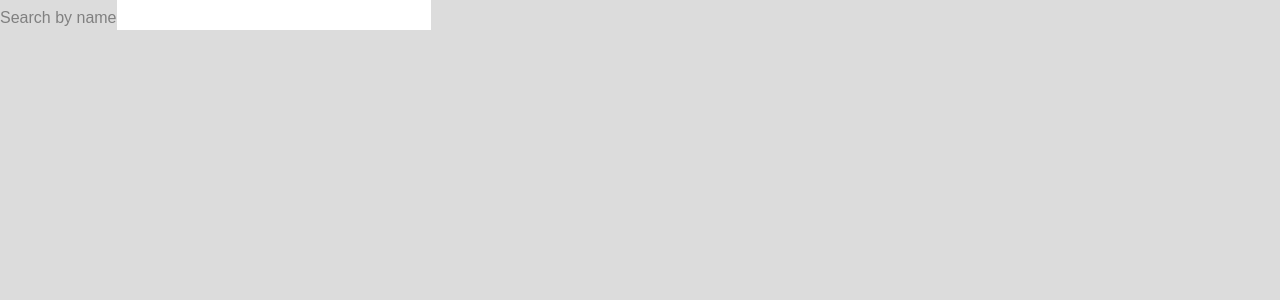
Repository: randysteele/randy-steele-hatchways-assessment-frontend
Page: /
These files come from the project's save history. The page is drawn as it stood at one moment and after the next save; the edit follows.
The browser window is 1280 px wide. The pictures show the whole page.
The page's requests for data from a server got no answer. The project was rebuilt for these pictures with package versions that can differ from the ones it lists, and the page was loaded fresh each time. No one was signed in, and anything a server would have sent is missing. Also part of the build but not shown: src/components/Student.js.

Above is the page before, as saved 2020-11-29 10:54:34.

### src/App.js
import './App.css';
import StudentList from './StudentList';


// componentDidMount = () => {
//   axios.get(`https://api.hatchways.io/assessment/students/`)
//     .then(res =>  {
//       const students = res.data.students;
//       this.setState({students});
//     })
//   }


function App() {
  return (
    <div className="App">
    <StudentList />
    </div>
  );
}

export default App;

### src/App.css
article,aside,details,figcaption,figure,footer,header,hgroup,nav,section,summary{display:block;}audio,canvas,video{display:inline-block;}audio:not([controls]){display:none;height:0;}[hidden]{display:none;}html{font-family:sans-serif;-webkit-text-size-adjust:100%;-ms-text-size-adjust:100%;}a:focus{outline:thin dotted;}a:active,a:hover{outline:0;}h1{font-size:2em;}abbr[title]{border-bottom:1px dotted;}b,strong{font-weight:700;}dfn{font-style:italic;}mark{background:#ff0;color:#000;}code,kbd,pre,samp{font-family:monospace, serif;font-size:1em;}pre{white-space:pre-wrap;word-wrap:break-word;}q{quotes:\201C \201D \2018 \2019;}small{font-size:80%;}sub,sup{font-size:75%;line-height:0;position:relative;vertical-align:baseline;}sup{top:-.5em;}sub{bottom:-.25em;}img{border:0;}svg:not(:root){overflow:hidden;}fieldset{border:1px solid silver;margin:0 2px;padding:.35em .625em .75em;}button,input,select,textarea{font-family:inherit;font-size:100%;margin:0;}button,input{line-height:normal;}button,html input[type=button],/* 1 */input[type=reset],input[type=submit]{-webkit-appearance:button;cursor:pointer;}button[disabled],input[disabled]{cursor:default;}input[type=checkbox],input[type=radio]{box-sizing:border-box;padding:0;}input[type=search]{-webkit-appearance:textfield;-moz-box-sizing:content-box;-webkit-box-sizing:content-box;box-sizing:content-box;}input[type=search]::-webkit-search-cancel-button,input[type=search]::-webkit-search-decoration{-webkit-appearance:none;}textarea{overflow:auto;vertical-align:top;}table{border-collapse:collapse;border-spacing:0;}body,figure{margin:0;}legend,button::-moz-focus-inner,input::-moz-focus-inner{border:0;padding:0;}

.clearfix:after {visibility: hidden; display: block; font-size: 0; content: ''; clear: both; height: 0; }

* { -moz-box-sizing: border-box; -webkit-box-sizing: border-box; box-sizing: border-box; }

body {
  font-family: 'Raleway', sans-serif;
  line-height: 0.8;
  background-color: gainsboro;
  color: grey;
}

.StudentList {
  background-color: white;
  width: 800px;
  min-height: 400px;
  max-height: 600px;
  overflow: hidden;
  overflow-y: scroll;
  margin: 50px auto;
  border-radius: 15px;
  box-shadow: grey 0px 4px 4px;
  position: relative;
}

.searchForm {
  width: 100%;
  text-align: center;
}

input {
  border: 0;
  border-bottom: solid 1px gainsboro;
  font-size: 1.5rem;
  font-family: 'Raleway', sans-serif;
}

.searchForm input {
  width: 95%;
  padding: 15px 0;
  margin: 0 auto;
}

input:focus {
  outline: none;
  border-bottom: solid 1px black;
}

input::placeholder {
  color: grey;
}

.student {
  border-bottom: solid 1px gainsboro;
  display: flex;
  padding-left: 30px;
}

.student:last-child {
  border-bottom: solid 1px transparent;
}

.student .robotAvatar {
  width: 120px;
  height: 120px;
  border-radius: 50%;
  border: solid 1px grey;
  margin-right: 20px;
  margin-top: 15px;
}

.studentName {
  text-transform: uppercase;
  color: black;
  font-size: 1.5rem;
  font-weight: 700;
}

.infoIndented {
  padding-left: 25px;
}

.buttonHolder {
  position: absolute;
  right: 15px;
  padding-top: 15px;
}

.buttonHolder button {
  border: 0;
  background-color: inherit;
}

.buttonHolder button:focus {
  outline: none;
}

.buttonHolder i {
  font-size: 1.5rem;
  color: grey;
}

.grade {
  padding-left: 15px;
}

.gradeList {
  line-height: 0.2;
  padding-top: px;
}

.tagButton {
  border: 0;
  border-radius: 5px;
  background-color: gainsboro;
  padding: 10px 20px;
}

.tagForm {
  width: 200px;
  padding-top: 0;
  padding-bottom: 15px;
}

.tagForm input {
  width: 100%;
  padding: 7px 0px;
  font-size: 1rem;
}

.tag {
  color: black;
  background-color: gainsboro;
  border-radius: 7px;
  display: inline-block;
  margin-right: 10px;
  padding: 10px;
}

### src/StudentList.js
import React from 'react';
import axios from 'axios';


export default class StudentList extends React.Component {

state = {
    students:  [],
    inputValue: '',
}


    // Average() {
    //   const grades = this.state.students.grades
    //   const sum = grades.reduce(a, b)
    //   const average = `${(sum / (grades.length))}%`
    // }}


    componentDidMount() {
        axios.get(`https://api.hatchways.io/assessment/students/`)
          .then(res =>  {
            const students = res.data.students;
            this.setState({students});
          })
      }


    //   sum = this.state.students.grades.reduce((previous, current) => current += previous);
    //   avg = sum / this.state.students.grades.length

    //   average(grades){
    //       return grades.reduce((a, b) => ( a + b) ) / this.state.students.grades.length
    //   }

    // calcAverage = (grades) => {
    //     var sum = 0;
    //     grades.forEach ((grade) => {
    //     sum += parseInt(grade); });
    //     return sum / grades.length;
    // }

    // handleNameChange = (event) => {
    //     const searchQuery = event.target.value.toLowerCase();

    //     const match = (students) => {
    //       return (
    //         students.firstName.includes(searchQuery) || students.lastName.includes(searchQuery)
    //       )
    //     }

    //     const filteredArray = this.state.students.filter(match)

    //     this.setState({
    //       inputValue: event.target.value
    //     })
    //   }

    //   render() {
    //     return (
    //         <div className="studentInfo">
    //             <form>
    //             <input type="text" placeholder="Search by name" onChange={this.handleNameChange}/>

    //             </form>
    //             {this.state.students.map(student => <li> {student.pic} {student.firstName} {student.lastName} <br></br> Email: {student.email} <br></br>Company: {student.company} <br></br>Skill: {student.skill} <br></br> </li>)}
    //             {/* Average: {this.props.students.average} */}
    //             {/* {this.state.students.grades.reduce((previous, current) => current += previous / this.state.students.grades.length)} */}
    //         </div>
    //     )

        // Average: {student.grades.reduce((previous, current) => current += previous) / student.grades.length}</li>)}


        // Average: {student.grades.reduce((previous, current) => current += previous) / student.grades.length}</li>)}

        handleNameChange = (event) => {
            console.log("Hi from onChange", event.target.value)
            this.setState({
                inputValue: event.target.value
            })
        }


        render() {
            // const filteredStudents =
            // this.state.students.filter(student => {
            // return student.firstName.toLowerCase().includes(this.state.inputValue.toLowerCase())
        // })

            return(
                <div>
                <label htmlFor="search">Search by name</label>
                <input type="text" value={this.state.inputValue} onChange={this.handleNameChange} inputValue={this.state.inputValue}/>
                {this.state.students.map(student => <li> {student.pic} {student.firstName} {student.lastName} <br></br> Email: {student.email} <br></br>Company: {student.company} <br></br>Skill: {student.skill} <br></br><br></br> </li>)}
                </div>

            )}}

Loaded but not shown: public/index.html (common file); src/index.js (common file); src/index.css (common file); src/reportWebVitals.js (common file)

After the next save:
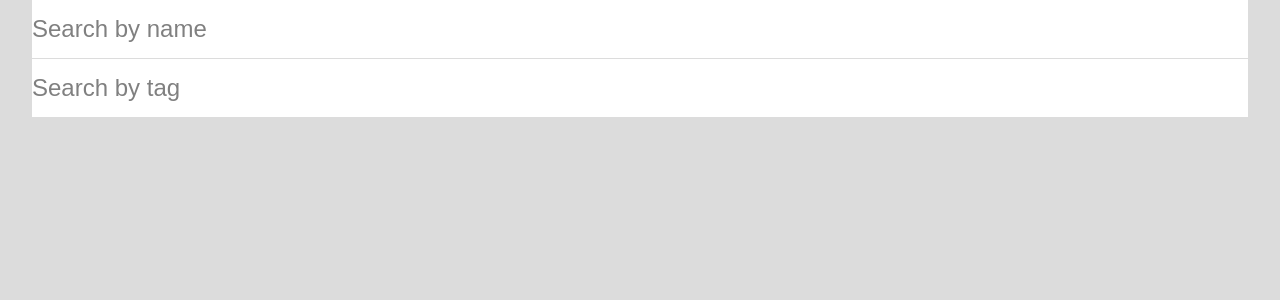
Saved 2 min 53 s later.
--- a/src/App.js
+++ b/src/App.js
@@ -1,22 +1,135 @@
+import React, { Component } from 'react';
+import axios from 'axios';
 import './App.css';
-import StudentList from './StudentList';
+import Student from './components/Student';
 
 
-// componentDidMount = () => {
-//   axios.get(`https://api.hatchways.io/assessment/students/`)
-//     .then(res =>  {
-//       const students = res.data.students;
-//       this.setState({students});
-//     })
-//   }
+class App extends Component {
+  constructor() {
+    super();
+    this.state = ({
 
+    })
+  }
 
-function App() {
-  return (
-    <div className="App">
-    <StudentList />
-    </div>
-  );
+  componentDidMount = () => {
+    axios({
+      method: "GET",
+      url: "https://www.hatchways.io/api/assessment/students",
+    }).then((res) => {
+      const students = res.data.students;
+      this.studentData(students);
+    })
+  }
+
+  studentData = (students) => {
+    let studentArray = []
+    const add = (a, b) => {
+      return Number(a) + Number(b)
+    }
+
+    students.forEach((student) => {
+      const grades = student.grades
+      const sum = grades.reduce(add)
+      const average = `${(sum / (grades.length))}%`
+      const obj = {
+        pic: student.pic,
+        firstName: student.firstName.toLowerCase(),
+        lastName: student.lastName.toLowerCase(),
+        name: `${student.firstName} ${student.lastName}`,
+        company: student.company,
+        email: student.email,
+        skill: student.skill,
+        gradeArray: student.grades,
+        average: average,
+        key: student.id,
+        tags: []
+      }
+      studentArray.push(obj)
+    })
+
+    this.setState({
+      students: studentArray,
+      filteredArray: studentArray
+    })
+  }
+
+  addTag = (id, tags) => {
+    const students = Array.from(this.state.students)
+    students[id - 1].tags = tags;
+    this.setState({
+      students
+    })
+  }
+
+  handleNameChange = (e) => {
+    const searchQuery = e.target.value.toLowerCase();
+
+    const match = (students) => {
+      return (
+        students.firstName.includes(searchQuery) || students.lastName.includes(searchQuery)
+      )
+    }
+
+    const filteredArray = this.state.students.filter(match)
+
+    this.setState({
+      filteredArray: filteredArray
+    })
+  }
+
+  handleTagChange = (e) => {
+    const searchQuery = e.target.value.toLowerCase();
+    let tagMatchArray = this.state.students;
+    let filteredArray = this.state.students;
+
+    const match = (student) => {
+      return student.tagMatch === true
+    }
+
+    tagMatchArray.forEach((student) => {
+      student.tags.forEach((tag) => {
+        student.tagMatch = false
+        if (tag.includes(searchQuery)) {
+          student.tagMatch = true
+        }
+      })
+    })
+
+    filteredArray = tagMatchArray.filter(match)
+
+    if (searchQuery.length === 0) {
+      filteredArray = this.state.students;
+    }
+
+    this.setState({
+      filteredArray: filteredArray
+    })
+  }
+
+  render() {
+    return (
+      <div className="App">
+        <section className="studentContainer">
+
+          <form action="" className="searchForm">
+            <input type="text" placeholder="Search by name" onChange={this.handleNameChange}/>
+            <input type="text" placeholder="Search by tag" onChange={this.handleTagChange} />
+          </form>
+
+          {this.state.students ?
+            <div>
+              {this.state.filteredArray.map((student) => {
+                return (
+                  <Student key={student.key} student={student} addTag={this.addTag}/>
+                )
+              })}
+            </div>
+          : null }
+        </section>
+      </div>
+    );
+  }
 }
 
 export default App;
